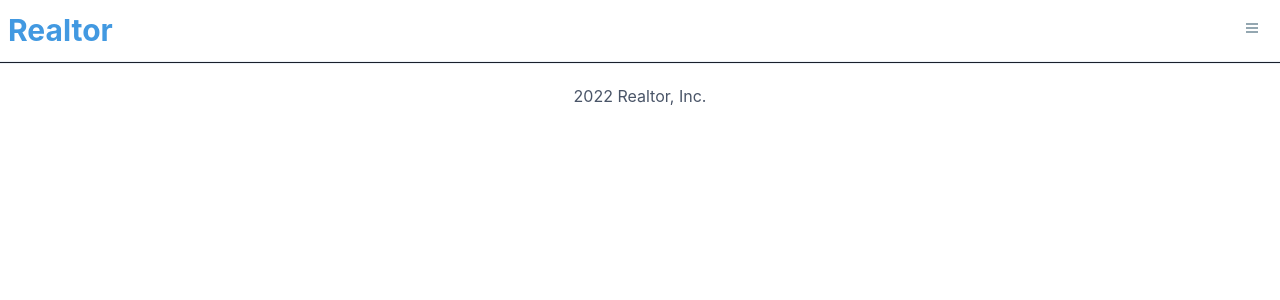
Repository: remydev47/realestate1.0
Page: /search
These files come from the project's save history. The page is drawn as it stood at one moment and after the next save; the edit follows.
The browser window is 1280 px wide. The pictures show the whole page.
The project was rebuilt for these pictures with package versions that can differ from the ones it lists, and the page was loaded fresh each time. The framework's server and built-in components were replaced by stand-ins that run in the browser. Also part of the build but not shown: next.config.js.

Above is the page before, as saved 2022-03-12 11:27:10.

After the next save:
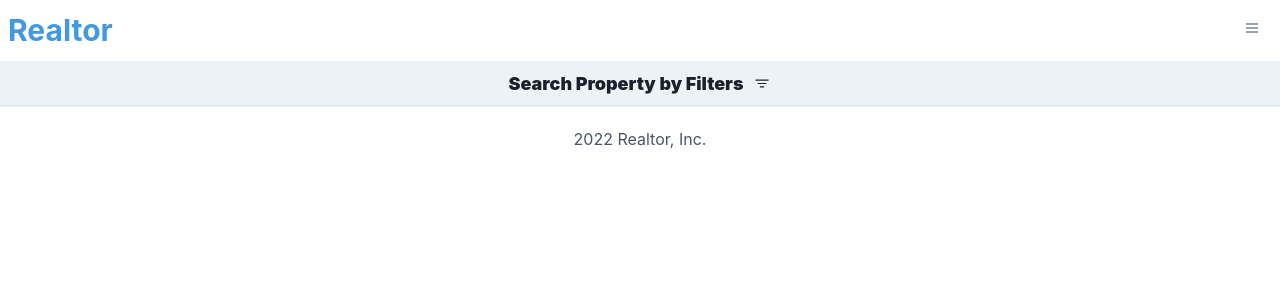
Saved 8 min 5 s later.
--- a/pages/search.js
+++ b/pages/search.js
@@ -14,9 +14,18 @@ const Search = () => {
               cursor="pointer"
               bg="gray.100"
               borderBottom="1px"
+              borderColor="gray.200"
+              p="2"
+              fontWeight="black"
+              fontSize="lg"
+              justifyContent="center"
+              alignItems="center"
+              onClick={() => setSearchFilters((prevFilters) => !prevFilters)}
             >
-
+                <Text>Search Property by Filters</Text>
+                <Icon paddingLeft="2" w="7" as={BsFilter}/>
             </Flex>
+            {searchFilters && <SearchFilters />}
         </Box>
     )
 }
